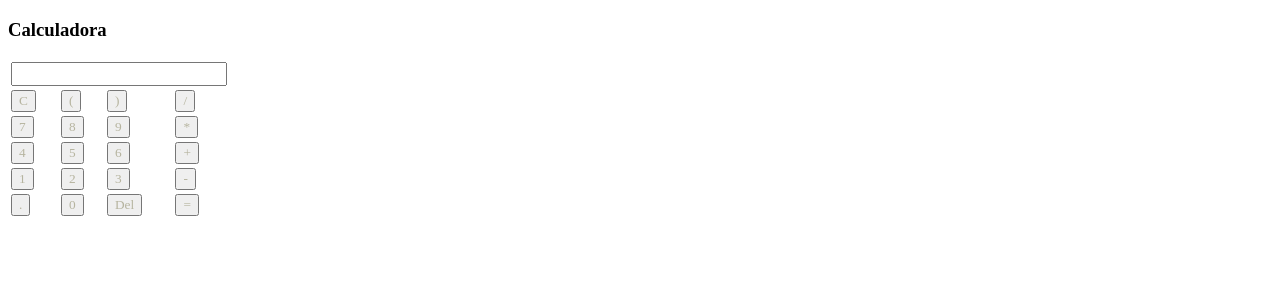
Repository: ServerK001/CalcJsVanilha
Page: index.html
These files come from the project's save history. The page is drawn as it stood at one moment and after a run of saves; the edit follows.
The browser window is 1280 px wide. The pictures show the whole page.
Some web fonts or font styles are not loaded; a fallback is used.

Above is the page before, as saved 2022-02-14 08:33:49.

### index.html
<!DOCTYPE html>
<html lang="pt-br">
<head>
    <meta charset="UTF-8">
    <meta http-equiv="X-UA-Compatible" content="IE=edge">
    <meta name="viewport" content="width=device-width, initial-scale=1.0">
    <script src="index.js" ></script>
    <link rel="stylesheet" href="style.css">
    <link href="//db.onlinewebfonts.com/c/bbfde24114f6f7cc0f421651e88bbca7?family=Unibody+8" rel="stylesheet" type="text/css"/>

    <title>Calculadora</title>
</head>
<body>

        <section class="conteiner">
            <h3>Calculadora</h3>

            <table class="calculadora">
                <tr>
                    <td colspan="4"><input type="text" class="display"></td>
                </tr>

                <tr>
                    <td><button class="btn btn-clear">C</button></td>
                    <td><button class="btn btn-num">(</button></td>
                    <td><button class="btn btn-num">)</button></td>
                    <td><button class="btn btn-num">/</button></td>
                </tr>

                <tr>
                    <td><button class="btn btn-num">7</button></td>
                    <td><button class="btn btn-num">8</button></td>
                    <td><button class="btn btn-num">9</button></td>
                    <td><button class="btn btn-num">*</button></td>
                </tr>
                <tr>
                    <td><button class="btn btn-num">4</button></td>
                    <td><button class="btn btn-num">5</button></td>
                    <td><button class="btn btn-num">6</button></td>
                    <td><button class="btn btn-num">+</button></td>
                </tr>
                <tr>
                    <td><button class="btn btn-num">1</button></td>
                    <td><button class="btn btn-num">2</button></td>
                    <td><button class="btn btn-num">3</button></td>
                    <td><button class="btn btn-num">-</button></td>
                </tr>
                <tr>
                    <td><button class="btn btn-num">.</button></td>
                    <td><button class="btn btn-num">0</button></td>
                    <td><button class="btn btn-del">Del</button></td>
                    <td><button class="btn btn-num">=</button></td>
                </tr>

            </table>

        </section>

</body>
</html>

### index.js
console.log('Olá mundo')

### style.css
:root{
    --btn: #b6b49f;
    --font-display:#435338;
    --displayBG:#7f8a7a;

}

.display{
    font-size: 1rem;
    width: 100%;
    text-align: right;
    font-family: "Unibody 8";
    color: var(--font-display);
}

.btn{
    font-family: "Unibody 8";
    color:var(--btn)
}

After the next 3 saves:
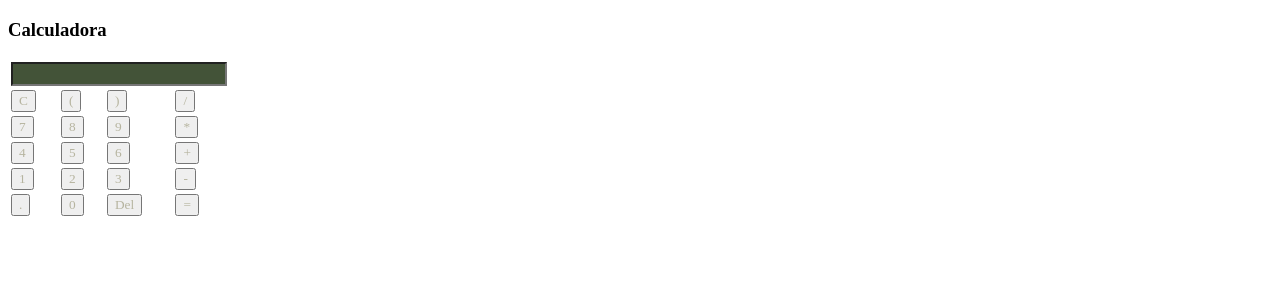
The 3 saves are shown as one change because they came seconds apart.
The last was saved 9 s later.
--- a/style.css
+++ b/style.css
@@ -11,6 +11,7 @@
     text-align: right;
     font-family: "Unibody 8";
     color: var(--font-display);
+    background-color: var(--font-display);
 }
 
 .btn{
